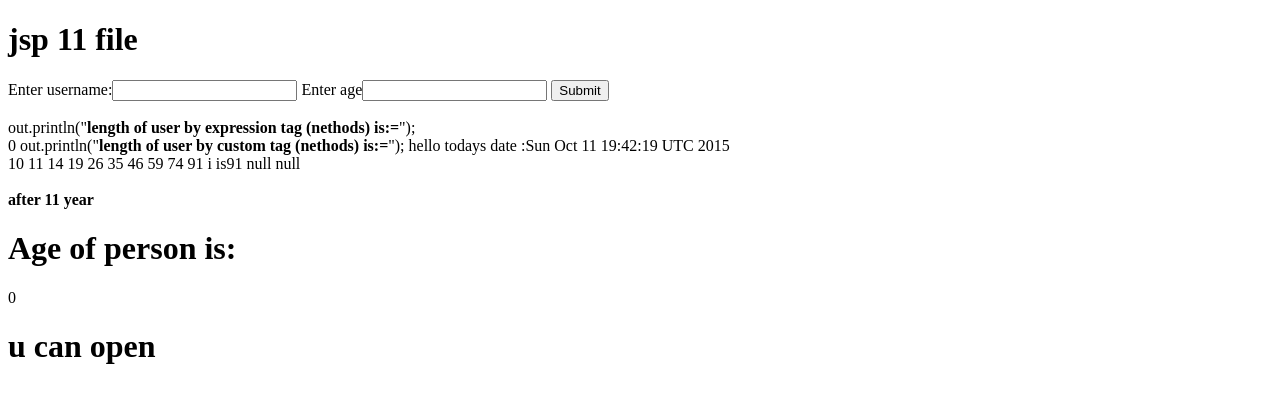
Repository: heenasalim/Java_Script
Page: http://localhost/JsphDemo/jsp11.jsp
The author's editor kept a copy of each file at every save. The page is drawn from the files as they stood at one save, then again after the next save.
The browser window is 1280 px wide. The pictures show the whole page.
The page is served by Tomcat 9. Other server files are loaded and not shown. Queries for data that is not in the repository find no rows.

Above is the page before, as saved 2015-10-17 06:21:09.

### JsphDemo/WebContent/jsp11.jsp
<%@ page language="java" contentType="text/html; charset=ISO-8859-1"
    pageEncoding="ISO-8859-1"%>
<!DOCTYPE html PUBLIC "-//W3C//DTD HTML 4.01 Transitional//EN" "http://www.w3.org/TR/html4/loose.dtd">
<html>
<head>
<meta http-equiv="Content-Type" content="text/html; charset=ISO-8859-1">
<title>Insert title here</title>
</head>
<%@taglib  prefix="abc" uri="/WEB-INF/taglib.tld" %>
<%@taglib  prefix="xyz"  uri="/WEB-INF/customtag.tld" %>
<body>
<h1>jsp  11   file</h1>
<form action="jsp11.jsp">
Enter  username:<input type="text"  name="user"  />
Enter  age<input  type="text"   name="age" />
<input  type="submit"  name="signin" />
</form>
<br/>
out.println("<b>length  of  user by  expression  tag (nethods) is:=</b>");
<br/>
${abc:lengthUser(param.user)}
out.println("<b>length  of  user by  custom tag (nethods) is:=</b>");

<xyz:abc></xyz:abc>
<br/>
<%!  int  i=0;int z; %>
<%
for(i=0; i<10 ; i++)
{
%>
<%= z=i*i+10 %>
<%
}


out.println("i is" + z);

%>

<jsp:useBean id="u"  class="pkforjsp.Usebean11"  scope="request"></jsp:useBean>
<jsp:setProperty  name="u"  property="*" />
<jsp:getProperty  name="u" property="user" />
<jsp:getProperty  name="u" property="age" />
<%
String  k=u.getUser();
%>
<br/>
<br/>
<b> after  11  year </b>
<br/>
<h1>Age  of  person  is:</h1>
${ abc:heena(param.user) }
  <h1> u  can  open</h1>


<br/>
<br/>


 <%--out.println("length  of  username  is" + u.getUser());
<br/>
out.println("  age  after    1  year  is "  + (u.getAge()+1));--%>



</body>
</html>

### JsphDemo/src/pk/demotaglib.java
package pk;

import java.io.IOException;
import java.util.Date;

import javax.servlet.jsp.JspException;
import javax.servlet.jsp.tagext.TagSupport;

public class demotaglib extends TagSupport {

	@Override
	public int doStartTag() throws JspException {
		// TODO Auto-generated method stub
		return super.doStartTag();




	}
@Override
public int doEndTag() throws JspException {
	// TODO Auto-generated method stub
	String  d=new Date().toString();
	try {
		pageContext.getOut().write("hello   todays  date :" + d);
	} catch (IOException e) {
		// TODO Auto-generated catch block
		e.printStackTrace();
	}

return EVAL_PAGE;




}
}

### JsphDemo/src/pk/expressionlanguage.java
package pk;

import java.sql.DriverManager;
import java.sql.PreparedStatement;
import java.sql.ResultSet;

import javax.servlet.jsp.PageContext;

import com.sun.corba.se.pept.transport.Connection;

public class expressionlanguage {

	public  static  int  lengthUser(String  x)
	{


		return  x.length();
	}


	public   static void  ageAfter1year()
	{

	}

}

### JsphDemo/src/pk/oracle.java
package pk;
import java.sql.Connection;
import java.sql.Driver;
import java.sql.DriverManager;
import java.sql.PreparedStatement;
import java.sql.ResultSet;
import java.sql.SQLException;

import javax.servlet.jsp.PageContext;


public class oracle{


	static Connection con=null;
	public  static  int  heena(String  user)   throws SQLException
	{
	try
	{
	Class.forName("oracle.jdbc.driver.OracleDriver");
	System.out.println("class  found");
	System.out.println("class  found");
    con=DriverManager.getConnection("jdbc:oracle:thin:@localhost:1521:xe","system","java");
	System.out.println("connection  got");
	java.sql.Statement stmt=con.createStatement();
	ResultSet rs=stmt.executeQuery("select * from heena1");
	while(rs.next())
	{
	 System.out.println(rs.getInt(1)+"  "+rs.getString(2));
    if(user.equals(rs.getString(2)))
    {
    	  System.out.println("correct  user");
     }
	}
//	 PreparedStatement  psmt=con.prepareStatement("insert  into heena1  values(? ?)");
//	 psmt.setInt(1,1);
//	 psmt.setString(2, "abc");
//	  System.out.println("table  craeted  inserted ");
//	 int  i=psmt.executeUpdate();
//	 System.out.println("table  crated" + i);
	  }
	catch(Exception  e)
	{
	e.printStackTrace();
	}
	return 0;

	}
}

### JsphDemo/src/pkforjsp/Usebean11.java
package pkforjsp;

public class Usebean11 {

	String  user,age;
	public String getUser() {
		return user;
	}

	public void setUser(String user) {
		this.user = user;
	}


	public String getAge() {
		return age;
	}

	public void setAge(String age) {
		this.age = age;
	}


}

After the next save:
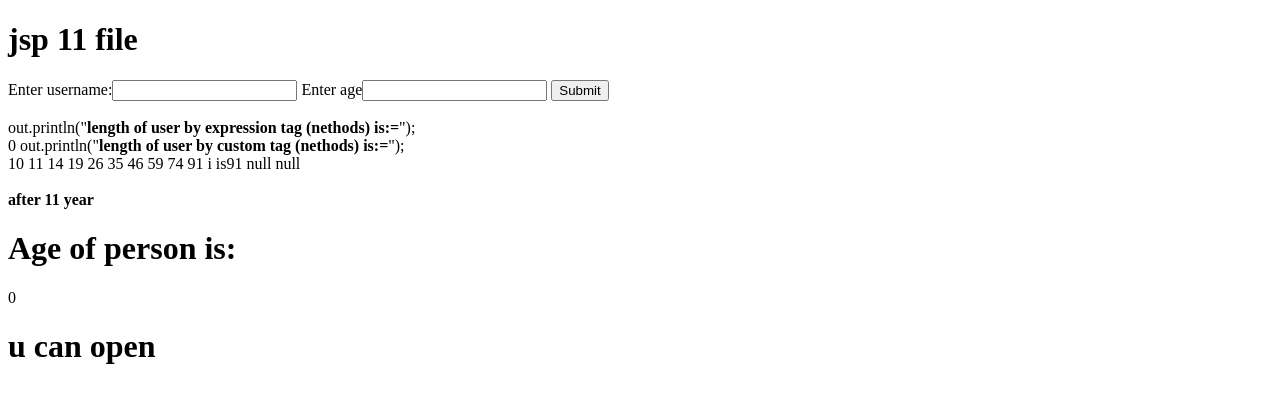
Saved 58 s later.
--- a/JsphDemo/WebContent/jsp11.jsp
+++ b/JsphDemo/WebContent/jsp11.jsp
@@ -21,7 +21,7 @@ out.println("<b>length  of  user by  expression  tag (nethods) is:=</b>");
 ${abc:lengthUser(param.user)}
 out.println("<b>length  of  user by  custom tag (nethods) is:=</b>");
 
-<xyz:abc></xyz:abc>
+
 <br/>
 <%!  int  i=0;int z; %>
 <%
